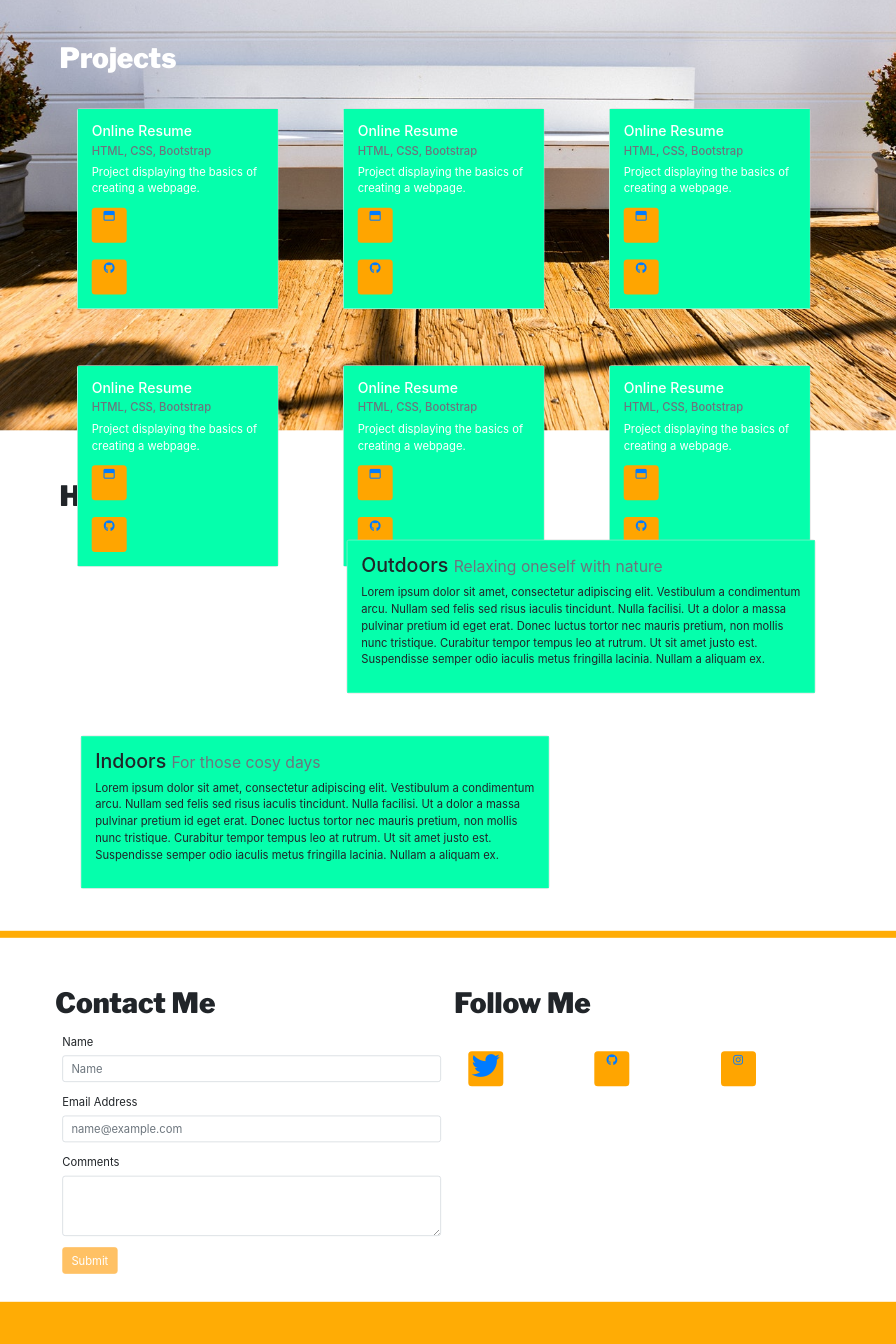
Repository: muhdarifrawi/resume-project
Page: index.html
The author's editor kept a record of every edit. The page is drawn from the files as they stood at one moment, then again after the next edit.
The browser window is 1280 px wide. The pictures show the part of the page from y = 4364 to 6284 px (the page is 6524 px tall), at 70% of full size.
Some web libraries are served in a nearby version.

Above is the page before.

### index.html
<!doctype html>
<html lang="en">

<head>
    <!-- Required meta tags -->
    <meta charset="utf-8">
    <meta name="viewport" content="width=device-width, initial-scale=1, shrink-to-fit=no">
    <!-- Font Awesome script -->
    <script src="https://kit.fontawesome.com/00e1568e72.js"></script>
    <!-- GOOGLE font -->
    <link href="https://fonts.googleapis.com/css?family=Libre+Franklin:900&display=swap" rel="stylesheet">
    <!-- AOS script -->
    <link href="https://unpkg.com/aos@2.3.1/dist/aos.css" rel="stylesheet">

    <!-- Bootstrap CSS -->
    <link rel="stylesheet" href="https://stackpath.bootstrapcdn.com/bootstrap/4.3.1/css/bootstrap.min.css" integrity="sha384-ggOyR0iXCbMQv3Xipma34MD+dH/1fQ784/j6cY/iJTQUOhcWr7x9JvoRxT2MZw1T" crossorigin="anonymous">
    <link rel="stylesheet" href="style.css" type="text/css" />
    <title>Online Resume</title>
</head>

  <!-- scroll spy added to body section -->
<body data-spy="scroll" data-target="#navscroll" data-offset="100">
    <!-- Navbar starts here -->
    <nav id="navscroll" class="navbar fixed-top navbar-expand-lg navbar-light bg-light">
        <a class="navbar-brand" href="#">My Resume</a>
        <button class="navbar-toggler" type="button" data-toggle="collapse" data-target="#navbarSupportedContent" aria-controls="navbarSupportedContent" aria-expanded="false" aria-label="Toggle navigation">
    <span class="navbar-toggler-icon"></span>
  </button>

        <div class="collapse navbar-collapse" id="navbarSupportedContent">
            <ul class="navbar-nav mr-auto">
                <li class="nav-item">
                    <a class="nav-link" href="#home">Home <span class="sr-only">(current)</span></a>
                </li>
                <li class="nav-item">
                    <a class="nav-link" href="#skills">Skills</a>
                </li>

                <li class="nav-item">
                    <a class="nav-link" href="#projects">Projects</a>
                </li>

                <li class="nav-item">
                    <a class="nav-link" href="#hobbies">Hobbies</a>
                </li>

                <li class="nav-item">
                    <a class="nav-link" href="#contact">Contact Me</a>
                </li>

            </ul>

        </div>
    </nav>
    <!-- navbar ends here -->

    <!--Jumbotron -->
    <div class="jumbotron jumbotron-fluid" id="home">
        <div class="container">
            <h1 class="display-4">Muhammad Arif Bin Rawi</h1>
            <p class="lead">Aspiring Junior Game Developer. </p>
        </div>
    </div>

    <div class="orange strip"></div>

<div class="container" id="skills">

<h1>Skills</h1>
    <!-- created div to slot in AOS -->
   <div data-aos="fade-right" data-aos-offset="300" data-aos-easing="ease-in-sine">
        <!-- photoshop row -->
        <div class="row pt-md-5">
            <div class="col-lg-3 col-sm-6">
                <div class="ware">
                    <img src="image/icon/PS.png" alt="photoshop" class="rounded">
                    <div class="house">
                        <div class="text">
                            <h5>Photoshop</h5>
                        </div>
                        <div class="text2">
                            <h6>Good</h6>
                        </div>
                    </div>
                </div>
            </div>
            <div class="col-lg-9 col-sm-6">
                <div class="bar-mid"></div>
            </div>
        </div>

        <!-- ms office row -->
        <div class="row">
            <div class="col-lg-3 col-sm-6">
                <div class="ware">
                    <img src="image/icon/MSO.png" alt="MS Office" class="rounded">
                    <div class="house">
                        <div class="text">
                            <h5>MS Office</h5>
                        </div>
                        <div class="text2">
                            <h6>Advance</h6>
                        </div>
                    </div>
                </div>
            </div>
            <div class="col-lg-9 col-sm-6">
                <div class="bar-full"></div>
            </div>
        </div>

        <!-- CSS row -->
        <div class="row">
            <div class="col-lg-3 col-sm-6">
                <div class="ware">
                    <img src="image/icon/CSS.png" alt="CSS" class="rounded">
                    <div class="house">
                        <div class="text">
                            <h5>CSS</h5>
                        </div>
                        <div class="text2">
                            <h6>Good</h6>
                        </div>
                    </div>
                </div>
            </div>
            <div class="col-lg-9 col-sm-6">
                <div class="bar-mid"></div>
            </div>
        </div>

        <!-- HTML row -->
        <div class="row">
            <div class="col-lg-3 col-sm-6">
                <div class="ware">
                    <img src="image/icon/HTML.png" alt="HTML" class="rounded">
                    <div class="house">
                        <div class="text">
                            <h5>HTML</h5>
                        </div>
                        <div class="text2">
                            <h6>Good</h6>
                        </div>
                    </div>
                </div>
            </div>
            <div class="col-lg-9 col-sm-6">
                <div class="bar-mid"></div>
            </div>
        </div>

        <!-- Java row -->
        <div class="row">
            <div class="col-lg-3 col-sm-6">
                <div class="ware">
                    <img src="image/icon/JS.png" alt="Java" class="rounded">
                    <div class="house">
                        <div class="text">
                            <h5>Java</h5>
                        </div>
                        <div class="text2">
                            <h6>Basic</h6>
                        </div>
                    </div>
                </div>
            </div>
            <div class="col-lg-9 col-sm-6">
                <div class="bar-min"></div>
            </div>
        </div>

        <!-- Python row -->
        <div class="row">
            <div class="col-lg-3 col-sm-6">
                <div class="ware">
                    <img src="image/icon/PY.png" alt="Python" class="rounded">
                    <div class="house">
                        <div class="text">
                            <h5>Python</h5>
                        </div>
                        <div class="text2">
                            <h6>Basic</h6>
                        </div>
                    </div>
                </div>
            </div>
            <div class="col-lg-9 col-sm-6">
                <div class="bar-min"></div>
            </div>
        </div>
    </div>
</div>

    <!-- <div class="orange strip"></div> -->

<!--usage of jumbotron to overcome "no-stretch" problem -->
<div class="jumbotron jumbotron-fluid "  id="projects">
<div class="container">
        <h1>Projects</h1>
        <div class="row">
            <div class="col">
                <div class="card note" style="width: 18rem;">
                    <div class="card-body">
                        <h5 class="card-title">Online Resume</h5>
                        <h6 class="card-subtitle mb-2 text-muted">HTML, CSS, Bootstrap</h6>
                        <p class="card-text">Project displaying the basics of creating a webpage.</p>

                        <a href="https://muhdarifrawi.github.io/resume-project/" target="_blank" class="card-link">
                            <div class="rounded-box"><i class="far fa-window-maximize"></i></div></a>

                        <a href="https://github.com/muhdarifrawi/resume-project" target="_blank" class="card-link">
                            <div class="rounded-box"><i class="fab fa-github"></i></div></a>
                    </div>
                </div>
            </div>

            <div class="col">
                <div class="card note2" style="width: 18rem;">
                    <div class="card-body">
                        <h5 class="card-title">Online Resume</h5>
                        <h6 class="card-subtitle mb-2 text-muted">HTML, CSS, Bootstrap</h6>
                        <p class="card-text">Project displaying the basics of creating a webpage.</p>

                        <a href="https://muhdarifrawi.github.io/resume-project/" target="_blank" class="card-link">
                            <div class="rounded-box"><i class="far fa-window-maximize"></i></div></a>

                        <a href="https://github.com/muhdarifrawi/resume-project" target="_blank" class="card-link">
                            <div class="rounded-box"><i class="fab fa-github"></i></div></a>
                    </div>
                </div>
            </div>

            <div class="col">
                <div class="card note3" style="width: 18rem;">
                    <div class="card-body">
                        <h5 class="card-title">Online Resume</h5>
                        <h6 class="card-subtitle mb-2 text-muted">HTML, CSS, Bootstrap</h6>
                        <p class="card-text">Project displaying the basics of creating a webpage.</p>

                        <a href="https://muhdarifrawi.github.io/resume-project/" target="_blank" class="card-link">
                            <div class="rounded-box"><i class="far fa-window-maximize"></i></div></a>

                        <a href="https://github.com/muhdarifrawi/resume-project" target="_blank" class="card-link">
                            <div class="rounded-box"><i class="fab fa-github"></i></div></a>
                    </div>
                </div>
            </div>

        </div>

        <div class="row">
        <div class="col">
            <div class="card note3" style="width: 18rem;">
                <div class="card-body">
                    <h5 class="card-title">Online Resume</h5>
                    <h6 class="card-subtitle mb-2 text-muted">HTML, CSS, Bootstrap</h6>
                    <p class="card-text">Project displaying the basics of creating a webpage.</p>

                    <a href="https://muhdarifrawi.github.io/resume-project/" target="_blank" class="card-link">
                        <div class="rounded-box"><i class="far fa-window-maximize"></i></div></a>

                    <a href="https://github.com/muhdarifrawi/resume-project" target="_blank" class="card-link">
                        <div class="rounded-box"><i class="fab fa-github"></i></div></a>
                </div>
            </div>
        </div>

        <div class="col">
            <div class="card note" style="width: 18rem;">
                <div class="card-body">
                    <h5 class="card-title">Online Resume</h5>
                    <h6 class="card-subtitle mb-2 text-muted">HTML, CSS, Bootstrap</h6>
                    <p class="card-text">Project displaying the basics of creating a webpage.</p>

                    <a href="https://muhdarifrawi.github.io/resume-project/" target="_blank" class="card-link">
                        <div class="rounded-box"><i class="far fa-window-maximize"></i></div></a>

                    <a href="https://github.com/muhdarifrawi/resume-project" target="_blank" class="card-link">
                        <div class="rounded-box"><i class="fab fa-github"></i></div></a>
                </div>
            </div>
        </div>

        <div class="col">
            <div class="card note2" style="width: 18rem;">
                <div class="card-body">
                    <h5 class="card-title">Online Resume</h5>
                    <h6 class="card-subtitle mb-2 text-muted">HTML, CSS, Bootstrap</h6>
                    <p class="card-text">Project displaying the basics of creating a webpage.</p>

                    <a href="https://muhdarifrawi.github.io/resume-project/" target="_blank" class="card-link">
                        <div class="rounded-box"><i class="far fa-window-maximize"></i></div></a>

                    <a href="https://github.com/muhdarifrawi/resume-project" target="_blank" class="card-link">
                        <div class="rounded-box"><i class="fab fa-github"></i></div></a>
                </div>
            </div>
        </div>

    </div>

    </div>
</div>
<!-- <div class="orange strip"></div> -->

<div class="container" id="hobbies">
    <h1>Hobbies</h1>
    <div class="row">

        <div class="col-sm-6 col-md-4 ">
            <div class="col"><div class="thumb camping"></div></div>
        </div>
        <div class="col-sm-6 col-md-8">
            <div class="card">
                <div class="card-body">
                    <h3>
                      Outdoors
                      <small class="text-muted">Relaxing oneself with nature</small>
                    </h3>

                    <p>
                        Lorem ipsum dolor sit amet, consectetur adipiscing elit. Vestibulum a condimentum arcu. Nullam sed felis sed risus iaculis tincidunt. Nulla facilisi. Ut a dolor a massa pulvinar pretium id eget erat. Donec luctus tortor nec mauris pretium, non mollis nunc tristique. Curabitur tempor tempus leo at rutrum. Ut sit amet justo est. Suspendisse semper odio iaculis metus fringilla lacinia. Nullam a aliquam ex.
                    </p>
                </div>
            </div>
        </div>

    </div>

       <div class="row">

        <div class="col-sm-6 order-sm-2 col-md-4">
            <div class="col"><div class="thumb indoor"></div></div>

        </div>
        <div class="col-sm-6 order-sm-1 col-md-8">

            <div class="card">
                <div class="card-body">
                    <h3>
                    Indoors
                      <small class="text-muted">For those cosy days</small>
                    </h3>

                    <p>
                        Lorem ipsum dolor sit amet, consectetur adipiscing elit. Vestibulum a condimentum arcu. Nullam sed felis sed risus iaculis tincidunt. Nulla facilisi. Ut a dolor a massa pulvinar pretium id eget erat. Donec luctus tortor nec mauris pretium, non mollis nunc tristique. Curabitur tempor tempus leo at rutrum. Ut sit amet justo est. Suspendisse semper odio iaculis metus fringilla lacinia. Nullam a aliquam ex.
                    </p>
                </div>
            </div>

        </div>

    </div>

</div>

<div class="orange strip"></div>

<div class="container" id="contact">


<div class="row">


<!-- left column -->
<div class="col-sm-6 pl-4">
    <!-- top column -->
    <div class="row">
    <h1>Contact Me</h1>
    </div>

<!-- bottom column -->
<div class="row">
<div class="col">
<form>

    <div class="form-group">
        <label for="name">Name</label>
        <input type="text" class="form-control" id="form1" placeholder="Name" required>
    </div>

    <div class="form-group">
        <label for="email">Email Address</label>
        <input type="email" class="form-control" id="form1" placeholder="name@example.com" required>
    </div>


    <div class="form-group">
        <label for="Textarea">Comments</label>
        <textarea class="form-control" id="form1" rows="3" required></textarea>
    </div>

    <input class="btn btn-primary" type="submit" value="Submit">
</form>

</div>
</div>
</div>
<!-- right column-->
<div class="col-sm-6 pl-4">
    <!-- top column -->
    <div class="row">
    <h1>Follow Me</h1>
    </div>
<!--bottom column -->
<div class="col">
    <div class="row pt-3"></div>
    <div class="row">
        <div class="col"><a href="https://www.twitter.com/ArifRawi" target="_blank"><div class="rounded-box"><i class="fab fa-twitter"></i></div></a></div>
        <div class="col"><a href="https://github.com/muhdarifrawi" target="_blank"><div class="rounded-box"><i class="fab fa-github"></i></div></a></div>
        <div class="col"><a href="https://www.instagram.com/muhdarifrawi/" target="_blank"><div class="rounded-box"><i class="fab fa-instagram"></i></div></a></div>

    </div>
    <div class="row"></div>
</div>
</div>
</div>
</div>

<div class="orange banner">
    <div class="container" id="footer">

        <div class="row">

            <div class="col-sm-4 px-4">
                <h6>Acknowledgments</h6>
                    <p>Thank you to all that has helped and guided me in making this project work.</p>



            </div>

            <div class="col-sm-4 px-4">
                <h6>Disclaimer</h6>
                <p>This webpage is a work meant for education purposes only. </p>
            </div>

            <div class="col-sm-4 px-4">
                <h6>Copyright 2019, all rights reserved.</h6>
            </div>
        </div>

    </div>
</div>
    <!-- Optional JavaScript -->
    <!-- jQuery first, then Popper.js, then Bootstrap JS -->
    <script src="https://code.jquery.com/jquery-3.3.1.slim.min.js" integrity="sha384-q8i/X+965DzO0rT7abK41JStQIAqVgRVzpbzo5smXKp4YfRvH+8abtTE1Pi6jizo" crossorigin="anonymous"></script>
    <script src="https://cdnjs.cloudflare.com/ajax/libs/popper.js/1.14.7/umd/popper.min.js" integrity="sha384-UO2eT0CpHqdSJQ6hJty5KVphtPhzWj9WO1clHTMGa3JDZwrnQq4sF86dIHNDz0W1" crossorigin="anonymous"></script>
    <script src="https://stackpath.bootstrapcdn.com/bootstrap/4.3.1/js/bootstrap.min.js" integrity="sha384-JjSmVgyd0p3pXB1rRibZUAYoIIy6OrQ6VrjIEaFf/nJGzIxFDsf4x0xIM+B07jRM" crossorigin="anonymous"></script>
    <!--AOS script -->
    <script src="https://unpkg.com/aos@2.3.1/dist/aos.js"></script>

    <script>
        AOS.init();
    </script>
</body>

</html>

### style.css
html{
    width:100%;
    height:100%;

}

body{
    padding-top:30px;
    width:100%;
    height:100%;

}

.jumbotron{
    margin-bottom:0px;
}

.box{
    height:50px;
    width:50px;
}

.red{
    background-color:red;
}

.blue{
    background-color:blue;
}

.orange{
    background-color:rgba(255, 172, 5, 1);
}

.strip{
    width:100%;
    height:10px;
}

.banner{
    width:100%;
    height:300px;
}

.rect{
    width:100%;
    height:100%;
    padding:15px;
}

.container{
    padding-top:70px;
    padding-bottom:30px;
}

.shelf{
    height:100%;
    width:100%;
}

.col{
    padding:10px;
}

.card{
    margin:30px;
}


.jumbotron {
  background-image: url("image/bench.jpg");
  background-size: cover;
  /*this allows the image to stretch height to its max. needs html and body to be height:100% as well*/
  height:100%;

  color:white;
}

h1 {
font-family: 'Libre Franklin', sans-serif;
}

.card-body{
    background-color:rgb(5, 255, 172);
}

#footer{
    padding-bottom:0px;
    padding-left:0px;
    padding-right:0px;
    width:100%;
}

.pox{
    background-color:purple;
    height:100%;
}

.ghost{
    background-color:lime;
    height:100%;
    position:relative;
    transform:translate(0, -100%);
    opacity:0;
    transition-duration:0.5s;
}

.pox:hover .ghost{
    cursor:pointer;
    opacity:0.5;
}

.btn-primary{
    background-color:rgb(255, 193, 100);
    border-color:rgb(255, 193, 100);

}

.btn-primary:hover {
    background-color:rgb(255, 154, 100);
    border-color:rgb(255, 154, 100);

}

.icon{
    height:60px;
}

#projects{
    background-image:url(image/bench.jpg);
}

#skills{
    background-image:url(image/graph.jpg);
    background-size:cover;

}

.rounded-box{
    background-color:orange;
    height:50px;
    width:50px;
    border-radius:5px;
    text-align:center;

}

.fa-twitter{
    font-size:40px;
}

After the next edit:
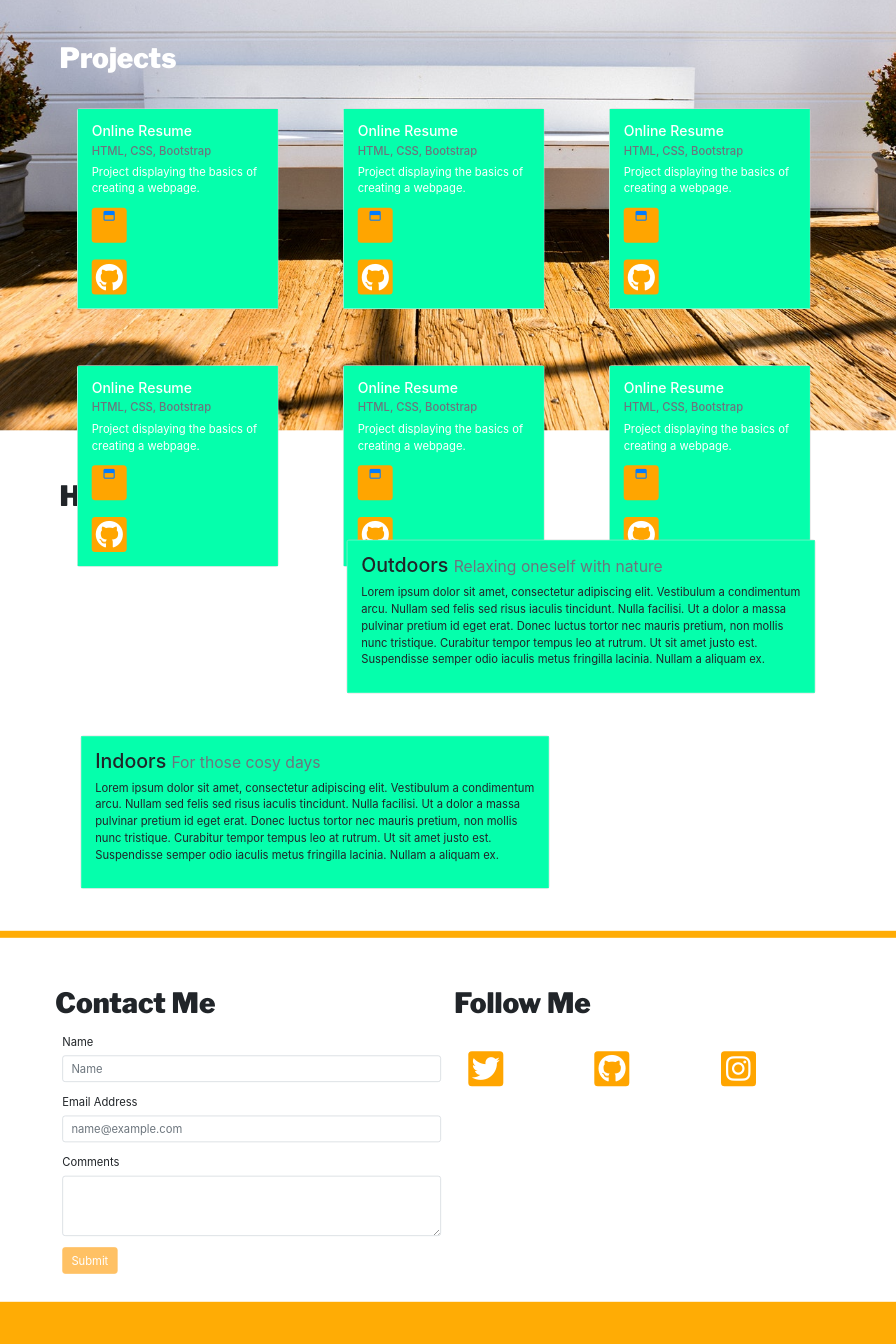
The edit:
--- a/style.css
+++ b/style.css
@@ -146,5 +146,19 @@
 }
 
 .fa-twitter{
+    padding-top:5px;
     font-size:40px;
+    color:white;
 }
+
+.fa-github{
+    padding-top:5px;
+    font-size:40px;
+    color:white;
+}
+
+.fa-instagram{
+    padding-top:5px;
+    font-size:40px;
+    color:white;
+}
